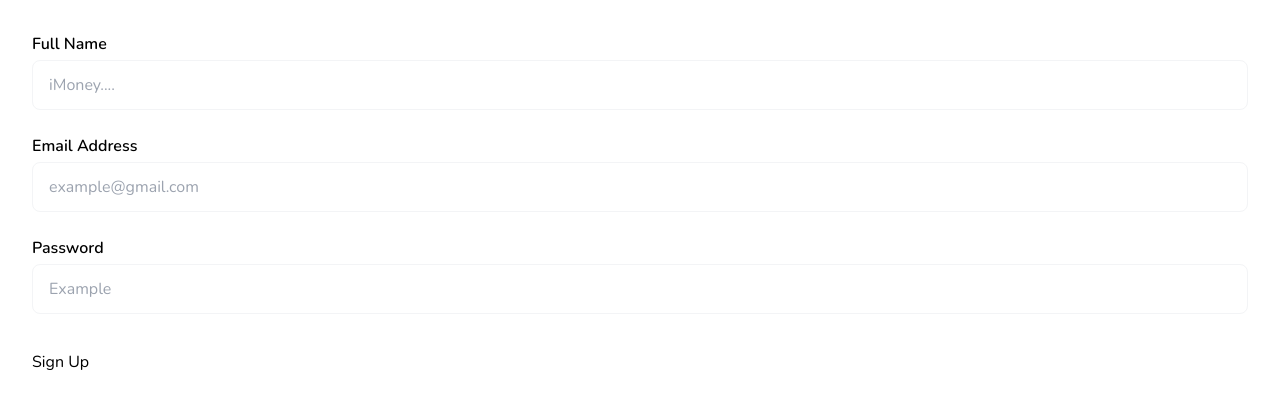
Repository: maixuanhieu/iMoney-VueJS
Page: /register
These files come from the project's save history. The page is drawn as it stood at one moment and after the next save; the edit follows.
The browser window is 1280 px wide. The pictures show the whole page.
The project was rebuilt for these pictures with package versions that can differ from the ones it lists, and the page was loaded fresh each time.

Above is the page before, as saved 2021-11-18 11:47:26.

### public/index.html
<!DOCTYPE html>
<html lang="">
  <head>
    <meta charset="utf-8">
    <meta http-equiv="X-UA-Compatible" content="IE=edge">
    <meta name="viewport" content="width=device-width,initial-scale=1.0">
    <link rel="icon" href="<%= BASE_URL %>favicon.ico">
    <title><%= htmlWebpackPlugin.options.title %></title>
    <link rel="preconnect" href="https://fonts.googleapis.com">
<link rel="preconnect" href="https://fonts.gstatic.com" crossorigin>
<link href="https://fonts.googleapis.com/css2?family=Nunito:ital,wght@0,200;0,300;0,400;0,600;0,700;0,800;0,900;1,200;1,300;1,400;1,600;1,700;1,800;1,900&family=Source+Sans+Pro&display=swap" rel="stylesheet">
  </head>
  <body>
    <noscript>
      <strong>We're sorry but <%= htmlWebpackPlugin.options.title %> doesn't work properly without JavaScript enabled. Please enable it to continue.</strong>
    </noscript>
    <div id="app"></div>
    <!-- built files will be auto injected -->
  </body>
</html>

### src/main.js
import { createApp } from "vue";
import App from "./App.vue";
import router from "./router";

import './assets/styles/tailwind.css';
import './assets/styles/global.css';

import { registerGlobalComponents } from "./utils/import";

const app = createApp(App);

registerGlobalComponents(app);

app.use(router);

app.mount("#app");

### src/App.vue
<template>
  <component :is="layout">
    <router-view />
  </component>
</template>

<script>
import { computed } from "vue";
import { useRoute } from "vue-router";

import { PUBLIC_LAYOUT } from "@/constants/"
export default {
  setup() {
    const route = useRoute();
    console.log(route);
    return {
      layout: computed(() => (route.meta.layout || PUBLIC_LAYOUT) + '-layout')
    };
  },
};
</script>

### src/router/index.js
import { createRouter, createWebHistory } from "vue-router";


const routes = [
  {
    path: "/",
    name: "Home",
    component: () => import(/* webpackChunkName: "home" */ "../views/index.vue"),
  },
  {
    path: "/register",
    name: "Register",
    meta: {
      layout: "auth",
    },
    component: () =>
      import(/* webpackChunkName: "register" */ "../views/register.vue"),
  },
];

const router = createRouter({
  history: createWebHistory(process.env.BASE_URL),
  routes,
});

export default router;

### src/assets/styles/global.css
body{
  font-family: 'Nunito', sans-serif;
  font-size: 16px;
}





@font-face {
  font-family: "t2ico";
  src: url("../fonts/t2ico.eot?84r94p");
  src: url("../fonts/t2ico.eot?84r94p#iefix") format("embedded-opentype"),
    url("../fonts/t2ico.ttf?84r94p") format("truetype"),
    url("../fonts/t2ico.woff?84r94p") format("woff"),
    url("../fonts/t2ico.svg?84r94p#t2ico") format("svg");
  font-weight: normal;
  font-style: normal;
  font-display: block;
}

i {
  /* use !important to prevent issues with browser extensions that change fonts */
  font-family: "t2ico" !important;
  speak: never;
  font-style: normal;
  font-weight: normal;
  font-variant: normal;
  text-transform: none;
  line-height: 1;

  /* Better Font Rendering =========== */
  -webkit-font-smoothing: antialiased;
  -moz-osx-font-smoothing: grayscale;
}

.t2ico-users:before {
  content: "\e915";
  color: #363853;
}
.t2ico-arrow-right:before {
  content: "\e916";
  color: #363853;
}
.t2ico-calendar:before {
  content: "\e917";
  color: #363853;
}
.t2ico-camera:before {
  content: "\e918";
  color: #363853;
}
.t2ico-category:before {
  content: "\e919";
  color: #363853;
}
.t2ico-chart:before {
  content: "\e91a";
  color: #363853;
}
.t2ico-document:before {
  content: "\e91b";
  color: #363853;
}
.t2ico-filter:before {
  content: "\e91c";
  color: #363853;
}
.t2ico-info-square:before {
  content: "\e91d";
  color: #363853;
}
.t2ico-location:before {
  content: "\e91e";
  color: #363853;
}
.t2ico-logout:before {
  content: "\e91f";
  color: #363853;
}
.t2ico-notification:before {
  content: "\e920";
  color: #363853;
}
.t2ico-plus:before {
  content: "\e921";
  color: #363853;
}
.t2ico-presentation:before {
  content: "\e922";
  color: #363853;
}
.t2ico-profile:before {
  content: "\e923";
  color: #363853;
}
.t2ico-setting:before {
  content: "\e924";
  color: #363853;
}
.t2ico-lock:before {
  content: "\e925";
  color: #363853;
}
.t2ico-ticket-star:before {
  content: "\e926";
  color: #363853;
}
.t2ico-trending-down:before {
  content: "\e927";
  color: #363853;
}
.t2ico-trending-up:before {
  content: "\e928";
  color: #363853;
}
.t2ico-wallet:before {
  content: "\e929";
  color: #363853;
}

### src/utils/import.js
import { defineAsyncComponent } from "vue";

export function registerGlobalComponents(app) {
  app.component(
    "auth-layout",
    defineAsyncComponent(() => import("@/layouts/auth"))
  );

  app.component(
    "default-layout",
    defineAsyncComponent(() => import("@/layouts/default"))
  );
}

### src/constants/index.js
export const PUBLIC_LAYOUT = 'default';

### src/views/register.vue
<template>
 <div class="mt-8">
   <div class="container mx-auto px-8">
     <form class="flex flex-col justify-start space-y-6" @submit="onSubmit">
       <div class="row">
         <label class="flex flex-col" for="fullName">
           <span class="font-semibold">Full Name</span>
           <input
           id="fullName"
           class="px-4 py-3 rounded-lg border border-gray-100 mt-1"
           type="text"
           placeholder="iMoney...." />
         </label>
       </div>

        <div class="row">
         <label class="flex flex-col" for="email">
           <span class="font-semibold">Email Address</span>
           <input
           id="email"
           class="px-4 py-3 rounded-lg border border-gray-100 mt-1"
           type="email"
           placeholder="example@gmail.com" />
         </label>
       </div>

        <div class="row">
         <label class="flex flex-col" for="password">
           <span class="font-semibold">Password</span>
           <input
           id="password"
           class="px-4 py-3 rounded-lg border border-gray-100 mt-1"
           type="password"
           placeholder="Example" />
         </label>
       </div>

       <div class="row">
         <button type="submit" class="py-3 text-center">
            Sign Up
         </button>
       </div>
     </form>
   </div>
 </div>
</template>


<script>
export default {
  setup(){
    function onSubmit(){}
    return { onSubmit }
  },
}
</script>

### src/layouts/default.vue
<template>
    <h1>Default Layout</h1>

    <slot />
</template>

Loaded but not shown: src/assets/styles/tailwind.css (common file); src/layouts/auth.vue (common file); tailwind.config.js (common file)

After the next save:
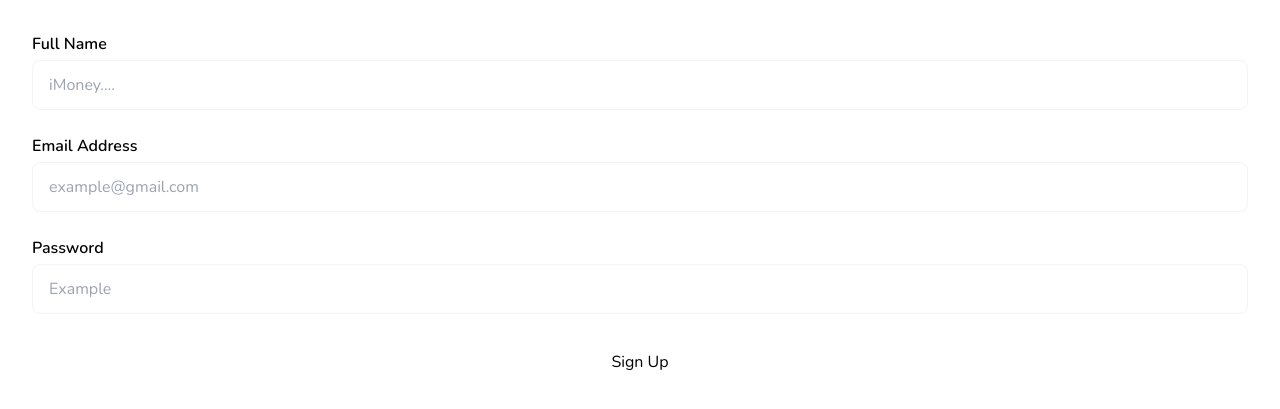
Saved 33 s later.
--- a/src/views/register.vue
+++ b/src/views/register.vue
@@ -36,7 +36,7 @@
        </div>
 
        <div class="row">
-         <button type="submit" class="py-3 text-center">
+         <button type="submit" class="py-3 text-center w-full">
             Sign Up
          </button>
        </div>
